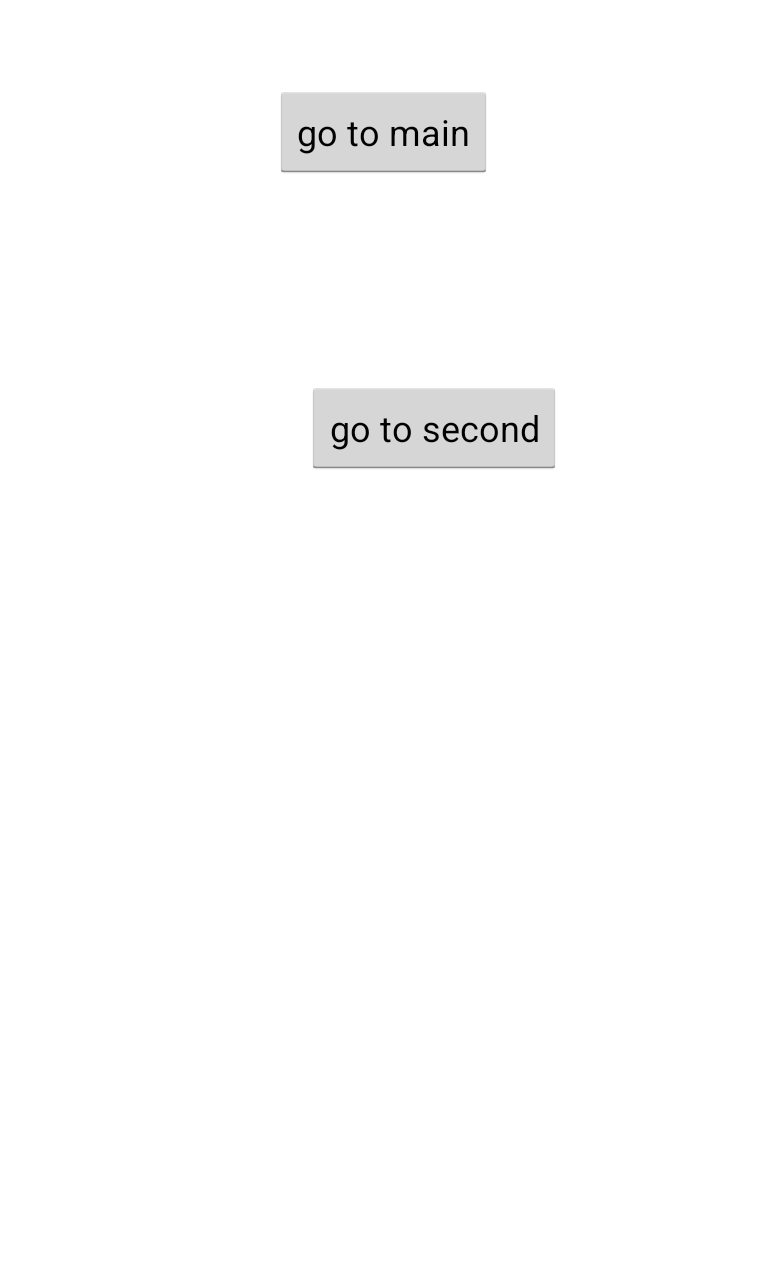
Repository: arjuntheprogrammer/iact
Layout: iact/iact android practice/mywork/Intent Application/res/layout/activity_third.xml
The author's editor kept a copy of each file at every save. The layout is drawn from the files as they stood at one save, then again after the next save.
It is drawn on a 768 x 1280 px phone screen (xhdpi) without system bars, with theme AppTheme; the app's code is not run.

Above is the layout before, as saved 2015-12-26 00:12:08.

### iact/iact android practice/mywork/Intent Application/res/layout/activity_third.xml
<?xml version="1.0" encoding="utf-8"?>
<RelativeLayout xmlns:android="http://schemas.android.com/apk/res/android"
    android:layout_width="match_parent"
    android:layout_height="match_parent" >

    <Button
        android:id="@+id/button1"
        android:layout_width="wrap_content"
        android:layout_height="wrap_content"
        android:layout_alignParentTop="true"
        android:layout_centerHorizontal="true"
        android:layout_marginTop="42dp"
        android:text="go to main" />

    <Button
        android:id="@+id/button2"
        android:layout_width="wrap_content"
        android:layout_height="wrap_content"
        android:layout_alignLeft="@+id/button1"
        android:layout_below="@+id/button1"
        android:layout_marginLeft="16dp"
        android:layout_marginTop="100dp"
        android:text="go to second" />

</RelativeLayout>

Loaded but not shown: iact/iact android practice/mywork/Intent Application/res/values/styles.xml (common file); iact/iact android practice/mywork/Intent Application/res/values-v11/styles.xml (common file); iact/iact android practice/mywork/Intent Application/res/values-v14/styles.xml (common file)

After the next save:
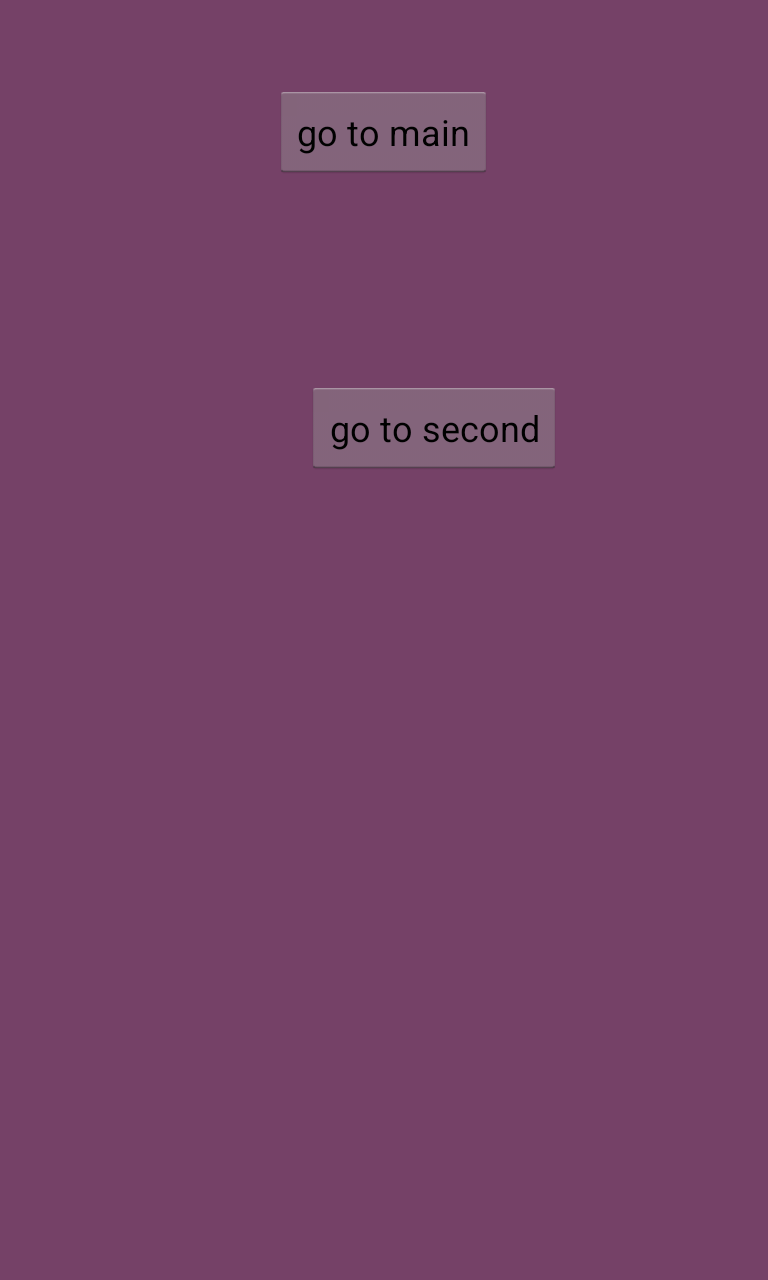
Saved 51 s later.
--- a/iact/iact android practice/mywork/Intent Application/res/layout/activity_third.xml
+++ b/iact/iact android practice/mywork/Intent Application/res/layout/activity_third.xml
@@ -1,7 +1,10 @@
 <?xml version="1.0" encoding="utf-8"?>
 <RelativeLayout xmlns:android="http://schemas.android.com/apk/res/android"
     android:layout_width="match_parent"
-    android:layout_height="match_parent" >
+    android:layout_height="match_parent"
+    android:background="#754167"
+
+    >
 
     <Button
         android:id="@+id/button1"
